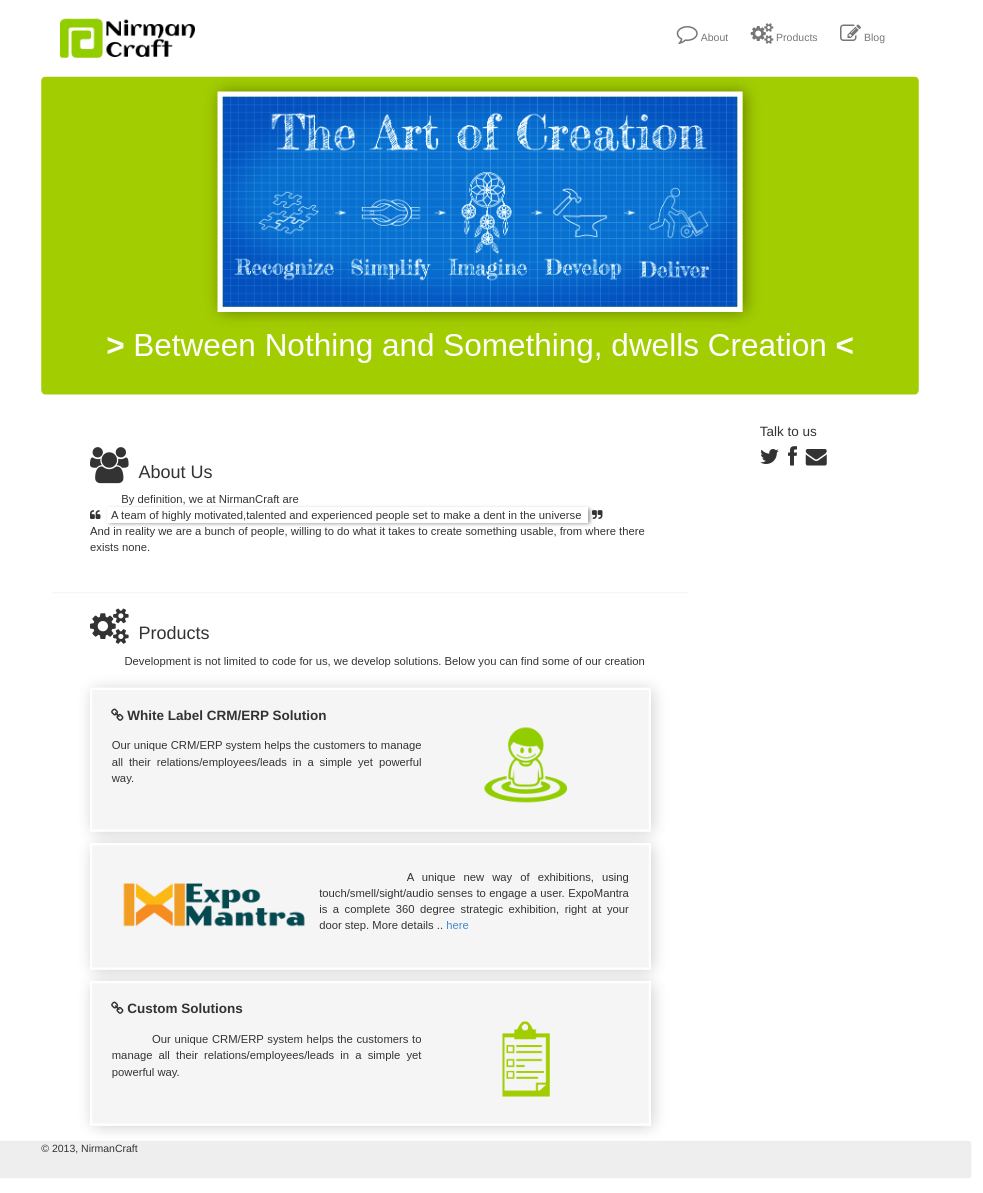
Repository: MeShreyas/NirmanCraftWebsite
Page: NirmanCraft/index.html
An editor plug-in stored every save of this project. The page is shown before and after the next save, followed by the edit.
The browser window is 1280 px wide. The page is 1310 px wide, so the pictures cover 1310 px, including what lies to the right of the window. The pictures show the whole page, at 75% of full size.
Some web fonts or font styles are not loaded; a fallback is used.

Above is the page before, as saved 2013-10-08 14:59:10.
Console error: ReferenceError: jQuery is not defined

### NirmanCraft/index.html
<!DOCTYPE html>
<html lang="en">
	<head>
		<meta charset="utf-8">

		<!-- Always force latest IE rendering engine (even in intranet) & Chrome Frame
		Remove this if you use the .htaccess -->
		<meta http-equiv="X-UA-Compatible" content="IE=edge,chrome=1">

		<title>Nirman Craft</title>
		<meta name="description" content="">
		<meta name="author" content="Shreyas">

		<meta name="viewport" content="width=device-width; initial-scale=1.0">

		<!-- Replace favicon.ico & apple-touch-icon.png in the root of your domain and delete these references -->
		<link rel="shortcut icon" href="images/nclogo_small.png">
		<link rel="stylesheet" href="css/bootstrap.min.css">
		<link rel="stylesheet" href="font-awesome/css/font-awesome.min.css"/>
		<style type="text/css">
			.title-text {
				font-family: 'Strait', sans-serif;
				font-size: 2em;
				color: #FFFFFF;
			}

			.header-text {
				font-family: 'Strait', sans-serif;
				font-size: 1.5em;
				color: #333333;
			}

			.body-text {
				font-size:15px;
				font-family: 'Raleway', sans-serif;
			}
			.spacer {
				padding-top:10px;
				padding-bottom:5px;
			}
			.product{
				background-color:#f5f5f5;
				padding:25px;
				box-shadow:2px 2px 20px rgba(0,0,0,0.2);
				border:3px solid #FFFFFF;
			}
		</style>
	</head>

	<body>
		<div class="row">
			<header class="container navbar" style="background-color: #FFFFFF;margin-bottom:0px">
				<div class="container">
					<div class="navbar-header">
						<a class="navbar-brand" href="../"><img src="images/nclogo.png" width="200px" style="padding:10px"/></a>
					</div>
					<div class="navbar-text pull-right">
						<ul class="nav navbar-nav container" >
							<li>
								<!--<a href="#"><i class="icon-home icon-2x"></i>&nbsp;Home</a>-->
							</li>
							<li>
								<a href="#about"><i class="icon-comment-alt icon-2x"></i>&nbsp;About</a>
							</li>
							<li>
								<a href="#products"><i class="icon-cogs icon-2x"></i>&nbsp;Products</a>
							</li>
							<li>
								<a href="../javascript"><i class="icon-edit icon-2x"></i>&nbsp;Blog</a>
							</li>

						</ul>
					</div>
				</div>
			</header>

			<div class="container jumbotron" style="padding:20px 0px;margin-top:0px;background-color: #A2CD00">
				<div class="container title-text">
					<center>
						<img src="images/finalbanner.png" width="700px" style="border:7px solid #FFFFFF;box-shadow: 3px 0px 20px rgba(0,0,0,0.4)"/>
						<br/>
						<strong>>&nbsp;</strong>Between Nothing and Something, dwells Creation<strong>&nbsp;<</strong>
					</center>
				</div>
			</div>
			<div class="row">
				<div class="container">
					<div class="content col-lg-9" id="about">
						<div class="header-text" style="padding:20px 50px;">
							<h3><i class="icon-group icon-2x"></i>&nbsp;&nbsp;About Us</h3>
							<div>

								<p class="body-text">
									&nbsp;&nbsp;&nbsp;&nbsp;&nbsp;&nbsp;&nbsp;&nbsp;&nbsp;&nbsp;By definition,
									we at NirmanCraft are
									 <br/><i class="icon-quote-left"></i>
									 <span style="box-shadow:2px 2px 5px rgba(0,0,0,0.4);margin:5px; padding:2px 5px;">
									A team of highly motivated,talented and experienced people set to make a dent in the universe
									</span><i class="icon-quote-right"></i><br/>And in reality we are a bunch
									of people, willing to do what it takes to create something usable, from where there exists none.

								</p>
							</div>
						</div>
						<hr>
						<div class="header-text" style="padding:0 50px" id="products">
							<h3><i class="icon-cogs icon-2x"></i>&nbsp;&nbsp;Products</h3>
							<div>
								<p class="body-text">
									&nbsp;&nbsp;&nbsp;&nbsp;&nbsp;&nbsp;&nbsp;&nbsp;&nbsp;&nbsp;
									Development is not limited to code for us, we develop solutions.
									Below you can find some of our creation
								</p>
								<div>
									<div class="list-group">
											<div class="spacer"></div>
											<div class="product">
												<h4 class="list-group-item-heading">
													<i class="icon-link"></i>&nbsp;<strong>White Label CRM/ERP Solution</strong>
												</h4>
												<p class="list-group-item-text body-text">
													<table width="100%">
														<tr>
															<td>
																<p class="body-text" align="justify">Our unique CRM/ERP system helps the customers to manage all their
																relations/employees/leads in a simple yet powerful way.
																</p></td>

															<td width="40%" align="center">
																<img src="images/customer.png" height="100px" >
																</td>
														</tr>
													</table>
												</p>
											</div>
											<div class="spacer"></div>
											<div class="product">
												<h4 class="list-group-item-heading">
													<strong></strong>
												</h4>
												<p class="list-group-item-text">
													<table width="100%">
														<tr>
															<td width="40%" align="center">
																<img src="images/expomantra.png" width="250px" ></td>
															<td>
																<p class="body-text" align="justify">
																	&nbsp;&nbsp;&nbsp;&nbsp;&nbsp;&nbsp;&nbsp;&nbsp;&nbsp;&nbsp;
																	A unique new way of exhibitions, using touch/smell/sight/audio senses
																	to engage a user. ExpoMantra is a complete 360 degree strategic
																	exhibition, right at your door step. More details ..
																	<a href="http://expomantra.com" target="_blank">here</a>
																</p></td>


														</tr>
													</table>
												</p>
											</div>
											<div class="spacer"></div>
											<div class="product">
												<h4 class="list-group-item-heading">
													<i class="icon-link"></i>&nbsp;<strong>Custom Solutions</strong>
												</h4>
												<p class="list-group-item-text">
													<table width="100%">
														<tr>
															<td>
																<p class="body-text" align="justify">
																	&nbsp;&nbsp;&nbsp;&nbsp;&nbsp;&nbsp;&nbsp;&nbsp;&nbsp;&nbsp;
																Our unique CRM/ERP system helps the customers to manage all their
																relations/employees/leads in a simple yet powerful way.
																</p></td>

															<td width="40%" align="center"><img src="images/custom.png" height="100px"></td>
														</tr>
													</table>
												</p>
											</div>
										</div>
									</div>

							</div>
						</div>

					</div>
					<div class="sidebar col-lg-3">
							<div>

								<div style="width:50%;margin:0 auto;">
									<h4 class="list-group-item-header">
										Talk to us
									</h4>
									<p class="list-group-item-text">
										<i class="icon-2x icon-twitter"></i> &nbsp;
										<i class="icon-2x icon-facebook"></i> &nbsp;
										<i class="icon-2x icon-envelope"></i>
									</p>
								</div>
							</div>
					</div>
				</div>
			</div>

		</div>
		<div class="row">
			<div class="navbar ">
				<div class="container">
					<p>
						&copy; 2013, NirmanCraft
					</p>
				</div>
			</div>
		</div>
		<script src="js/bootstrap.min.js" type="text/javascript" charset="utf-8"></script>
		<link href='http://fonts.googleapis.com/css?family=Strait' rel='stylesheet' type='text/css'>
		<link href='http://fonts.googleapis.com/css?family=Raleway:400,700' rel='stylesheet' type='text/css'>
	</body>
</html>

Loaded but not shown: NirmanCraft/css/bootstrap.min.css (library); NirmanCraft/font-awesome/css/font-awesome.min.css (library); NirmanCraft/js/bootstrap.min.js (library)

After the next save:
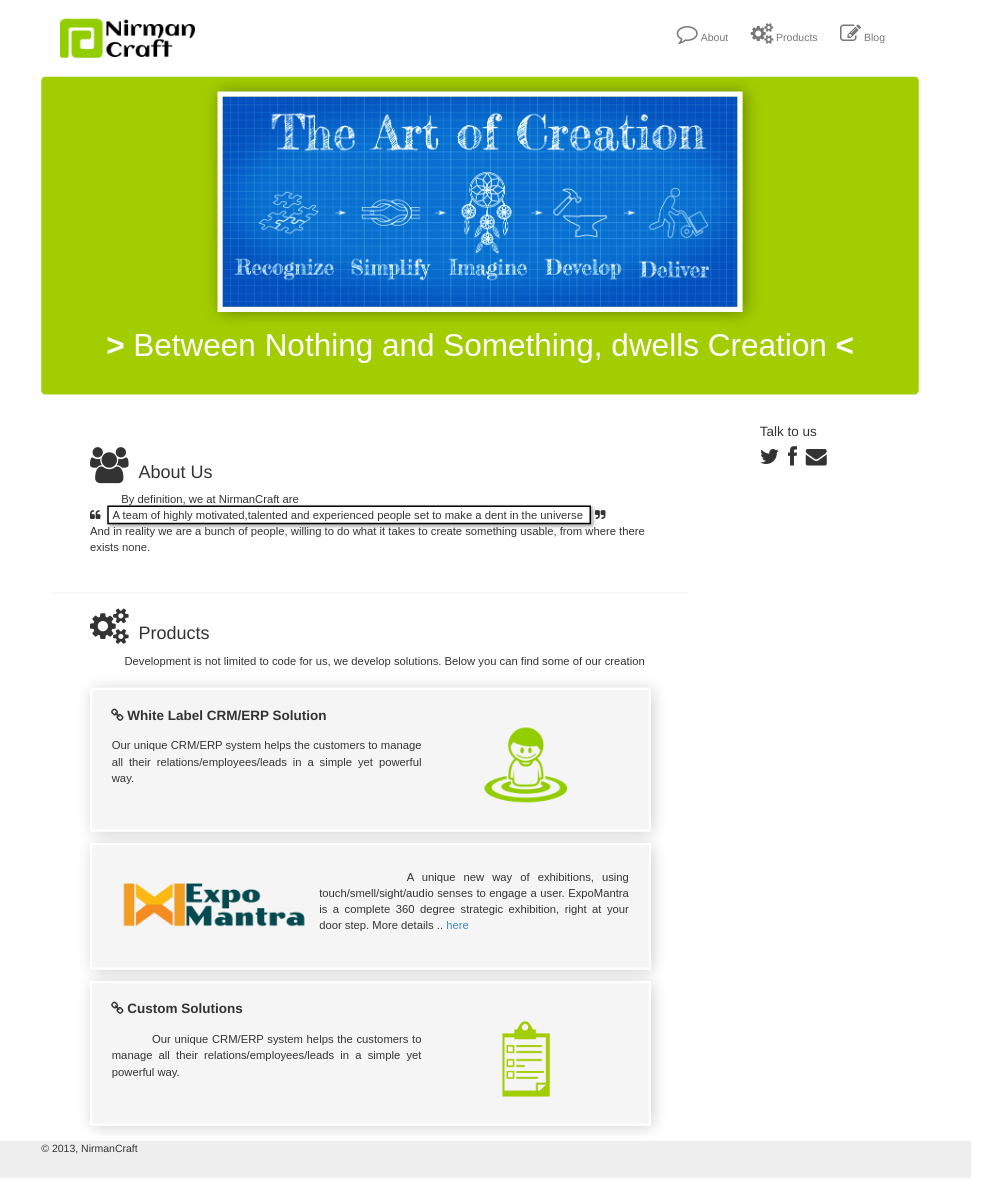
Saved 29 s later.
--- a/NirmanCraft/index.html
+++ b/NirmanCraft/index.html
@@ -94,7 +94,7 @@
 									&nbsp;&nbsp;&nbsp;&nbsp;&nbsp;&nbsp;&nbsp;&nbsp;&nbsp;&nbsp;By definition,
 									we at NirmanCraft are
 									 <br/><i class="icon-quote-left"></i>
-									 <span style="box-shadow:2px 2px 5px rgba(0,0,0,0.4);margin:5px; padding:2px 5px;">
+									 <span style="box-shadow:2px 2px 5px rgba(0,0,0,0.4);margin:5px; padding:2px 5px;border:2px solid #000000;">
 									A team of highly motivated,talented and experienced people set to make a dent in the universe
 									</span><i class="icon-quote-right"></i><br/>And in reality we are a bunch
 									of people, willing to do what it takes to create something usable, from where there exists none.
